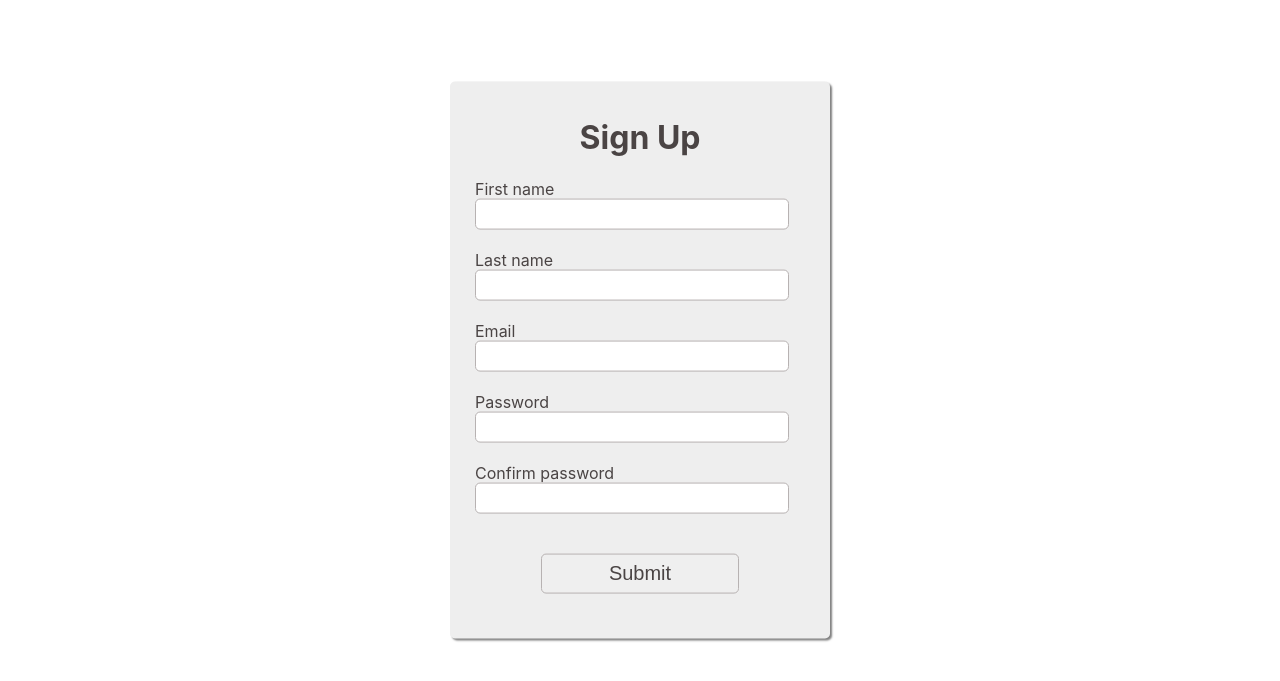
Repository: khamraeva/JSP-homework1-sighup
Page: /
An editor plug-in stored every save of this project. The page is shown before and after the next save, followed by the edit.
The browser window is 1280 px wide. The pictures show the whole page.
The project was rebuilt for these pictures with package versions that can differ from the ones it lists, and the page was loaded fresh each time.

Above is the page before, as saved 2020-07-27 16:03:20.

After the next save:
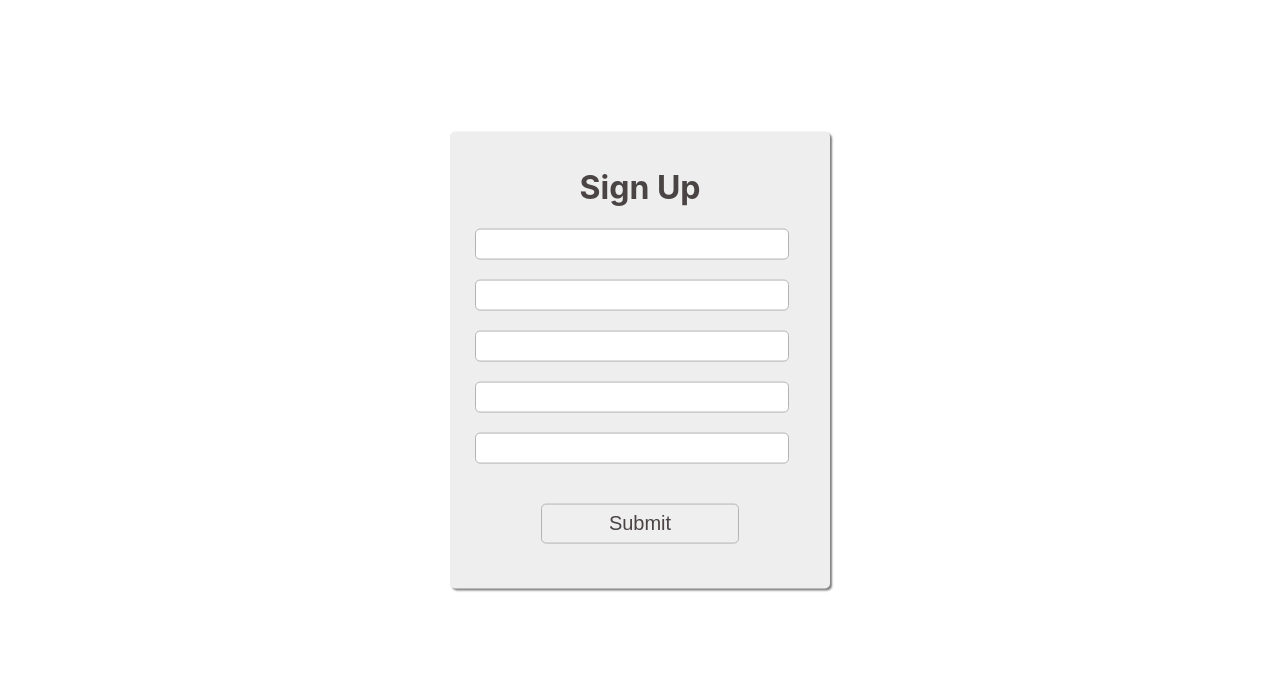
Saved 33 s later.
--- a/src/Components/SignUp/SignUp.js
+++ b/src/Components/SignUp/SignUp.js
@@ -130,14 +130,14 @@
                     const control = formControls[controlName];
                     return (
                         < Input
-                            key={controlName + index}
-                            type={control.type}
-                            value={control.value}
-                            valid={control.valid}
-                            touched={control.touched}
-                            label={control.label}
-                            shouldValidate={!!control.validation}
-                            errorMessage={control.errorMessage}
+                            // key={controlName + index}
+                            // type={control.type}
+                            // value={control.value}
+                            // valid={control.valid}
+                            // touched={control.touched}
+                            // label={control.label}
+                            // shouldValidate={!!control.validation}
+                            // errorMessage={control.errorMessage}
                             // onChange={event => onChangeHandler(event, controlName)}
                         />
                     )

After the save that followed:
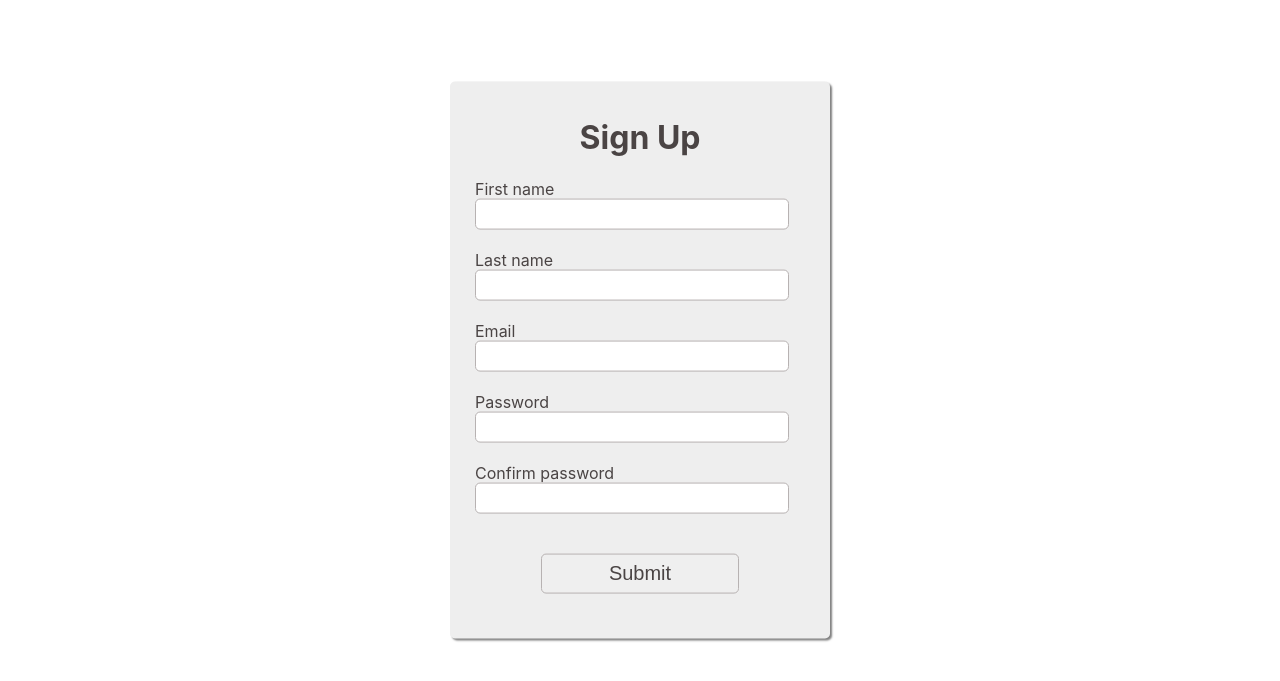
Saved 16 s later.
--- a/src/Components/SignUp/SignUp.js
+++ b/src/Components/SignUp/SignUp.js
@@ -130,14 +130,14 @@
                     const control = formControls[controlName];
                     return (
                         < Input
-                            // key={controlName + index}
-                            // type={control.type}
-                            // value={control.value}
-                            // valid={control.valid}
-                            // touched={control.touched}
-                            // label={control.label}
-                            // shouldValidate={!!control.validation}
-                            // errorMessage={control.errorMessage}
+                            key={controlName + index}
+                            type={control.type}
+                            value={control.value}
+                            valid={control.valid}
+                            touched={control.touched}
+                            label={control.label}
+                            shouldValidate={!!control.validation}
+                            errorMessage={control.errorMessage}
                             // onChange={event => onChangeHandler(event, controlName)}
                         />
                     )
